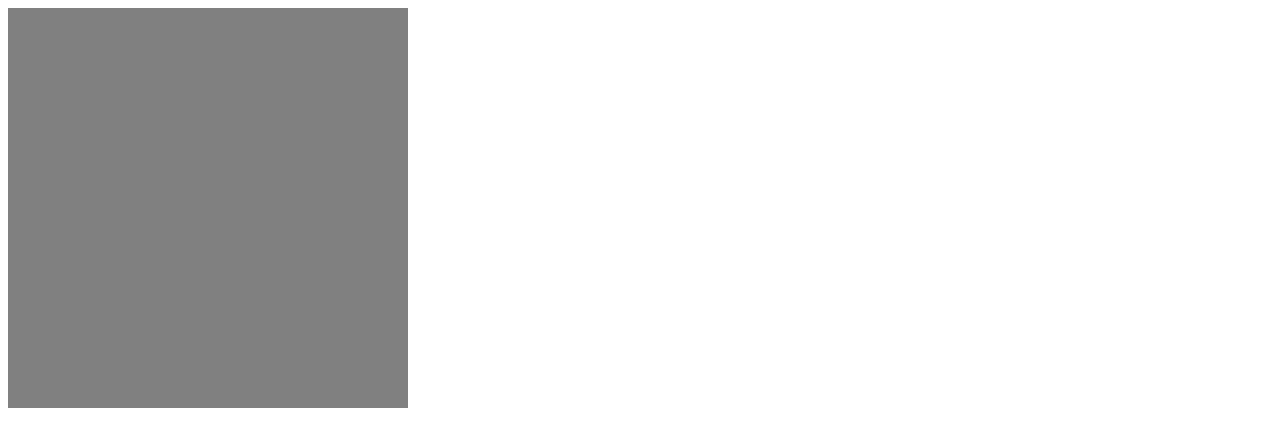
Repository: 123648923/html5-css3
Page: css/15 盒子模型/16 布局小技巧_03.html
These files come from the project's save history. The page is drawn as it stood at one moment and after the next save; the edit follows.
The browser window is 1280 px wide. The pictures show the whole page.

Above is the page before, as saved 2023-11-07 14:25:48.

After the next save:
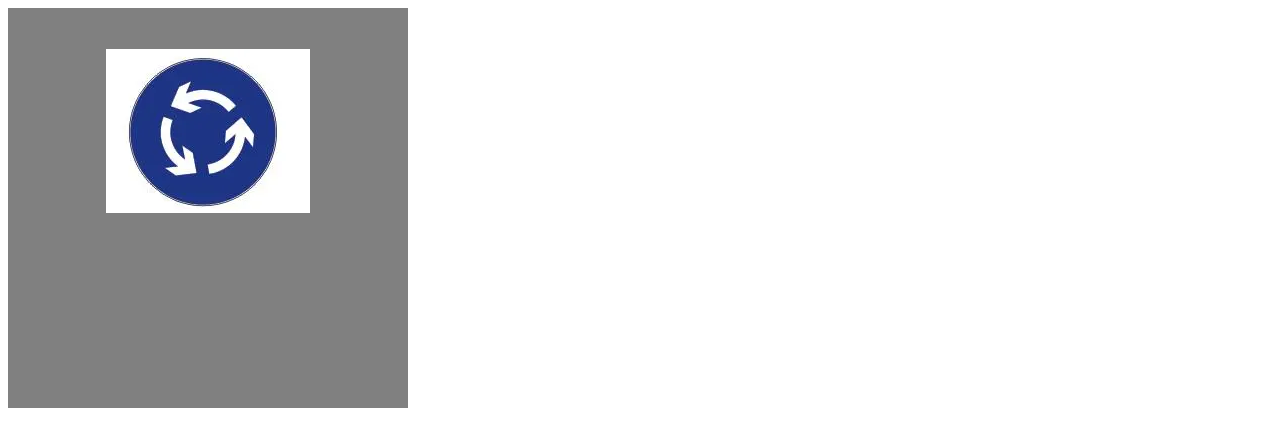
Saved 36 s later.
--- a/css/15 盒子模型/16 布局小技巧_03.html
+++ b/css/15 盒子模型/16 布局小技巧_03.html
@@ -21,7 +21,7 @@
 
 <body>
     <div class="outer">
-        <span class="inner"></span>
+        <span class="inner"></span><img src="../../tb.webp" alt="">
     </div>
 </body>
 
